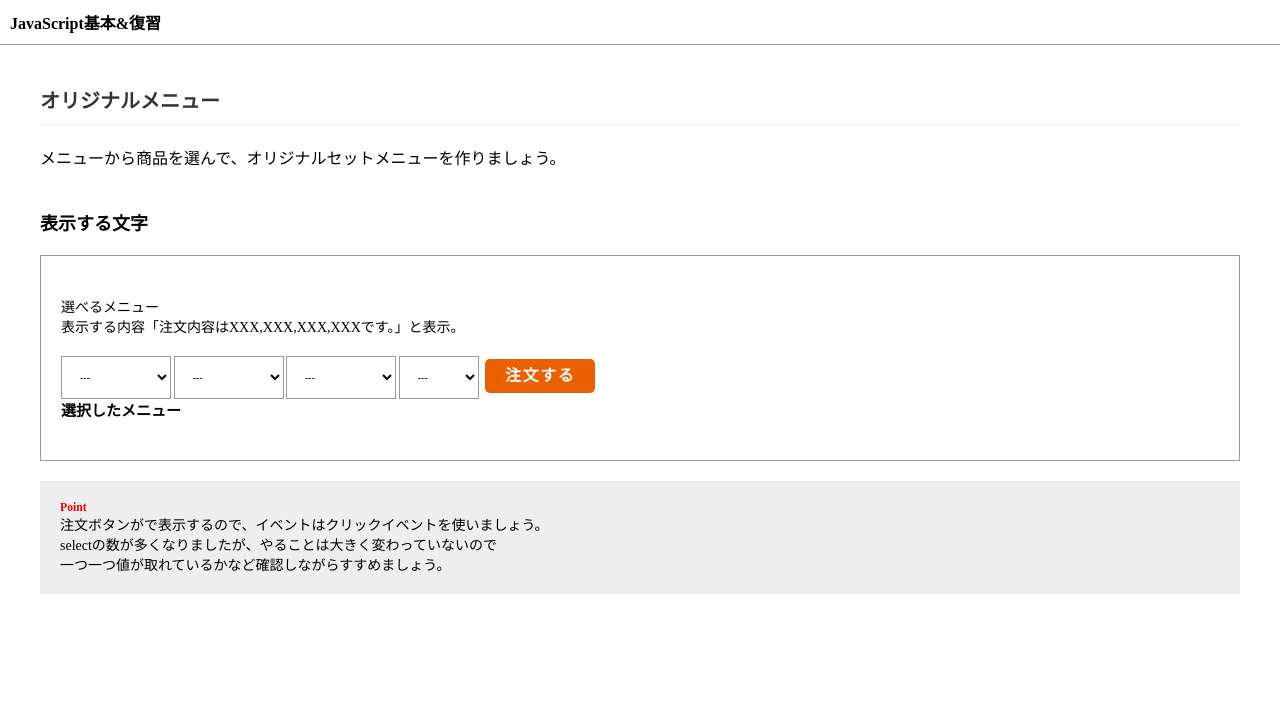
Repository: ama-ne2/study_Js09
Page: 05_DOM/dom06_practice.html
The author's editor kept a copy of each file at every save. The page is drawn from the files as they stood at one save, then again after the next save.
The browser window is 1280 px wide. The pictures show the whole page.
After loading, the first visible `#submit` was clicked once.

Above is the page before, as saved 2025-11-21 15:02:59.

After the next save:
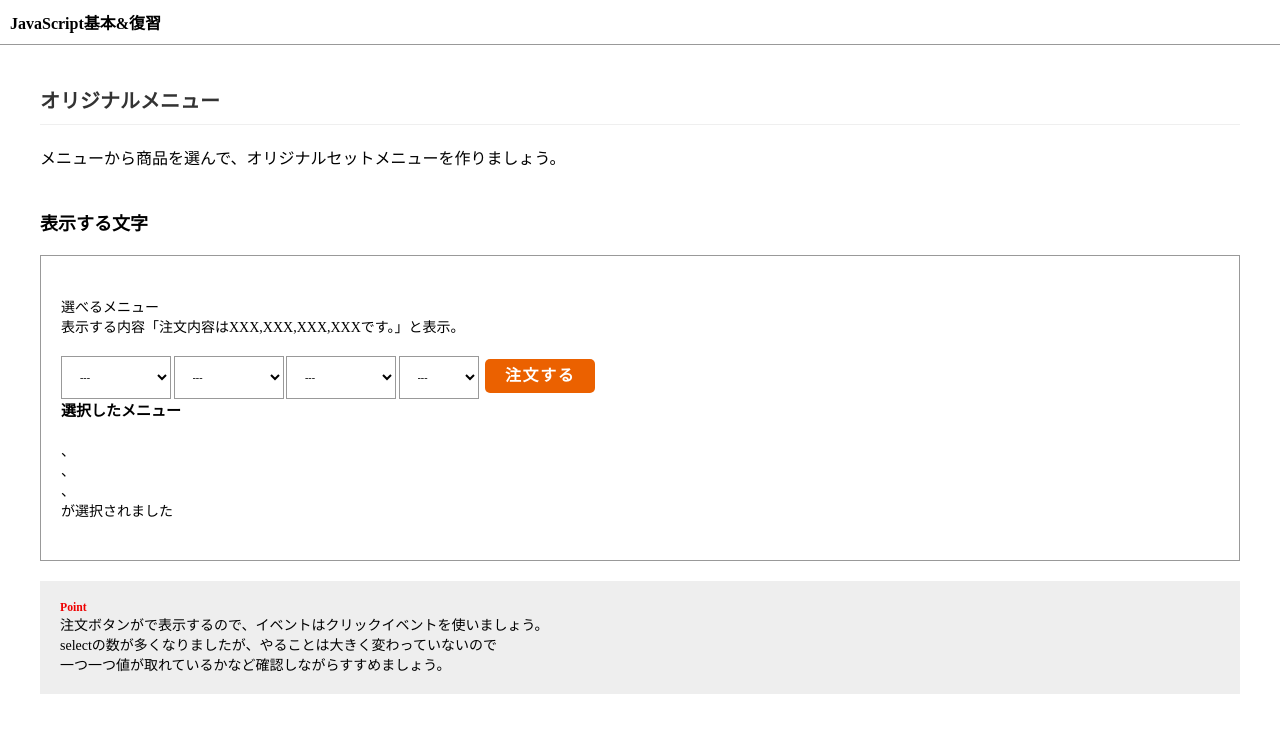
Saved 103 s later.
--- a/05_DOM/js/dom06_practice.js
+++ b/05_DOM/js/dom06_practice.js
@@ -7,4 +7,8 @@ const menu = document.getElementById("menu");
 
 btn.addEventListener("click" , ()=>{
     console.log("メニュー");
+    menu.innerText = `${main.value}、
+    ${sub.value}、
+    ${soup.value}、
+    ${side.value}が選択されました`
     })
